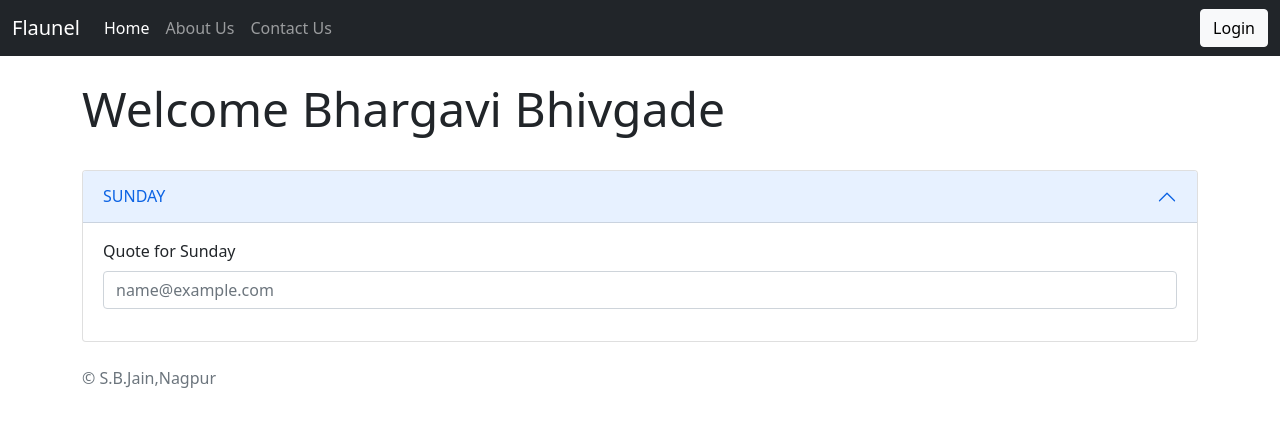
Repository: bhivgadePrajakta/Flaunel--A-LED-Display-Board
Page: http://localhost/home.php
The author's editor kept a copy of each file at every save. The page is drawn from the files as they stood at one save, then again after the next save.
The browser window is 1280 px wide. The pictures show the whole page.
The page is run by PHP 8.4 with error messages shown; the project is at /var/www/html/.

Above is the page before, as saved 2022-04-30 12:41:50.

### home.php
<!doctype html>
<html lang="en">
  <head>
    <!-- Required meta tags -->
    <meta charset="utf-8">
    <meta name="viewport" content="width=device-width, initial-scale=1">

    <!-- Bootstrap CSS -->
    <link href="https://cdn.jsdelivr.net/npm/bootstrap@5.0.2/dist/css/bootstrap.min.css" rel="stylesheet" integrity="sha384-EVSTQN3/azprG1Anm3QDgpJLIm9Nao0Yz1ztcQTwFspd3yD65VohhpuuCOmLASjC" crossorigin="anonymous">

    <title>FLAUNEL</title>
  </head>
  <body>
    <nav class="navbar navbar-expand-lg navbar-dark bg-dark">
        <div class="container-fluid">
          <a class="navbar-brand" href="#">Flaunel</a>
          <button class="navbar-toggler" type="button" data-bs-toggle="collapse" data-bs-target="#navbarSupportedContent" aria-controls="navbarSupportedContent" aria-expanded="false" aria-label="Toggle navigation">
            <span class="navbar-toggler-icon"></span>
          </button>
          <div class="collapse navbar-collapse" id="navbarSupportedContent">
            <ul class="navbar-nav me-auto mb-2 mb-lg-0">
              <li class="nav-item">
                <a class="nav-link active" aria-current="page" href="#">Home</a>
              </li>
              <li class="nav-item">
                <a class="nav-link" href="#">About Us</a>
              </li>
              <li class="nav-item ">
                <a class="nav-link" href="#" id="navbarDropdown" role="button">
                  Contact Us</a>

              </li>

            </ul>
            <form class="d-flex">

              <button class="btn btn-light" type="submit">Login</button>
            </form>
          </div>
        </div>
      </nav>
<div class="container py-4">
    <h5 class="display-5">Welcome Bhargavi Bhivgade</h5>
    <br>
    <!-- ACCORDIAN MAIN BODY START -->
    <div class="accordion" id="accordionExample">
    <!-- ACCORDIAN ITEM START -->
    <div class="accordion-item">
    <h2 class="accordion-header" id="headingOne">
      <button class="accordion-button" type="button" data-bs-toggle="collapse" data-bs-target="#collapseOne" aria-expanded="true" aria-controls="collapseOne">
        SUNDAY
      </button>
    </h2>
    <div id="collapseOne" class="accordion-collapse collapse show" aria-labelledby="headingOne" data-bs-parent="#accordionExample">
      <div class="accordion-body">
        <form method="post" action="">
        <div class="mb-3">
  <label for="sunday" class="form-label">Quote for Sunday</label>
  <input type="email" class="form-control" id="exampleFormControlInput1" placeholder="name@example.com">
</div>
        </form>
      </div>
    </div>
  </div>
    <!-- ACCORDIAN ITEM END -->
</div>
<!-- ACCORDIAN MAIN BODY END -->
</div>

<div class="container">
    <span class="text-muted">&copy; S.B.Jain,Nagpur</span>
  </div>
    <!-- Optional JavaScript; choose one of the two! -->

    <!-- Option 1: Bootstrap Bundle with Popper -->
    <script src="https://cdn.jsdelivr.net/npm/bootstrap@5.0.2/dist/js/bootstrap.bundle.min.js" integrity="sha384-MrcW6ZMFYlzcLA8Nl+NtUVF0sA7MsXsP1UyJoMp4YLEuNSfAP+JcXn/tWtIaxVXM" crossorigin="anonymous"></script>

    <!-- Option 2: Separate Popper and Bootstrap JS -->
    <!--
    <script src="https://cdn.jsdelivr.net/npm/@popperjs/core@2.9.2/dist/umd/popper.min.js" integrity="sha384-IQsoLXl5PILFhosVNubq5LC7Qb9DXgDA9i+tQ8Zj3iwWAwPtgFTxbJ8NT4GN1R8p" crossorigin="anonymous"></script>
    <script src="https://cdn.jsdelivr.net/npm/bootstrap@5.0.2/dist/js/bootstrap.min.js" integrity="sha384-cVKIPhGWiC2Al4u+LWgxfKTRIcfu0JTxR+EQDz/bgldoEyl4H0zUF0QKbrJ0EcQF" crossorigin="anonymous"></script>
    -->
  </body>
</html>

After the next save:
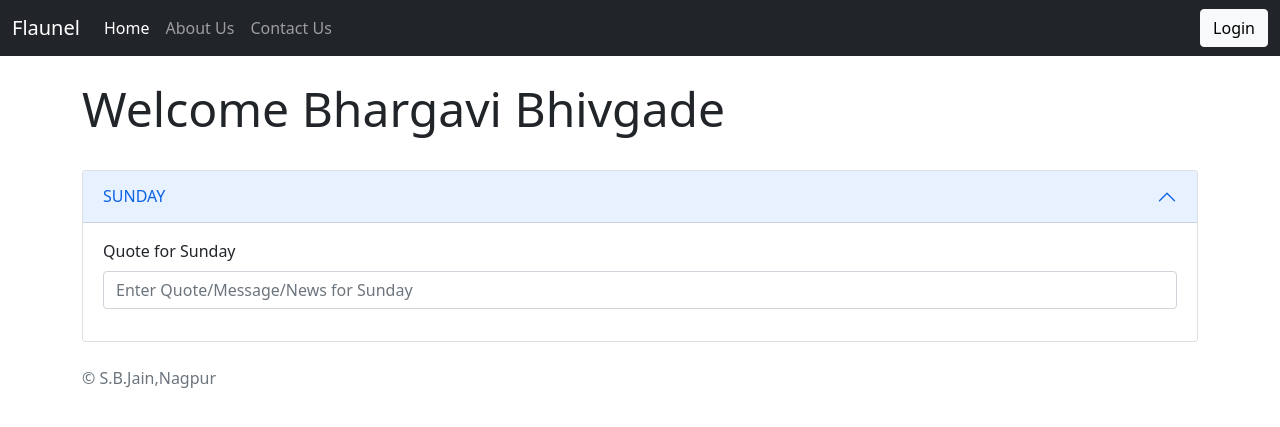
Saved 24 s later.
--- a/home.php
+++ b/home.php
@@ -56,7 +56,7 @@
         <form method="post" action="">
         <div class="mb-3">
   <label for="sunday" class="form-label">Quote for Sunday</label>
-  <input type="email" class="form-control" id="exampleFormControlInput1" placeholder="name@example.com">
+  <input type="text" class="form-control" id="sunday" placeholder="Enter Quote/Message/News for Sunday">
 </div>
         </form>
       </div>
